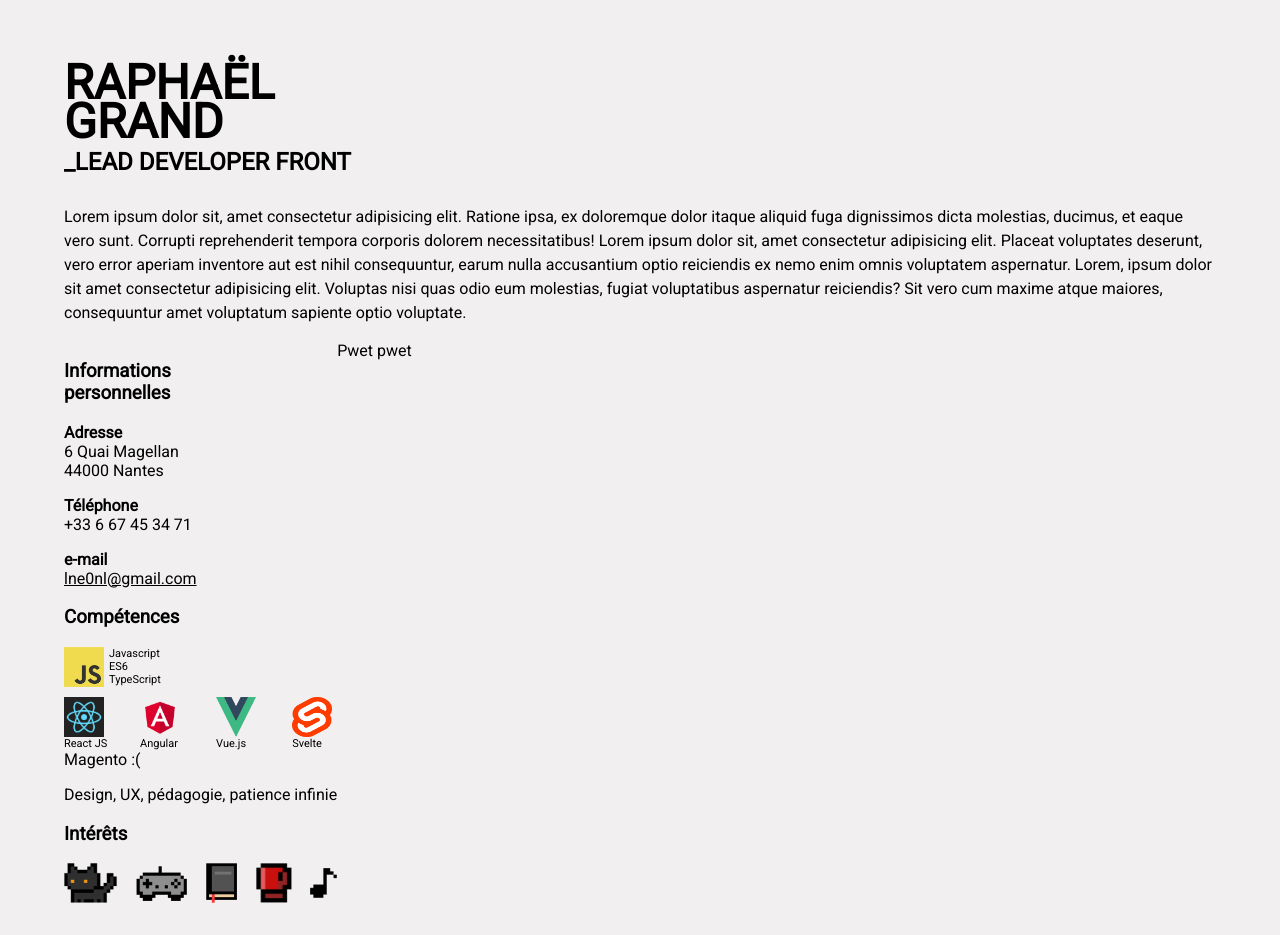
Repository: lne0nl/resume
Page: index.html
These files come from the project's save history. The page is drawn as it stood at one moment and after a run of saves; the edit follows.
The browser window is 1280 px wide. The pictures show the whole page.

Above is the page before, as saved 2021-12-10 11:31:00.

After the next 2 saves:
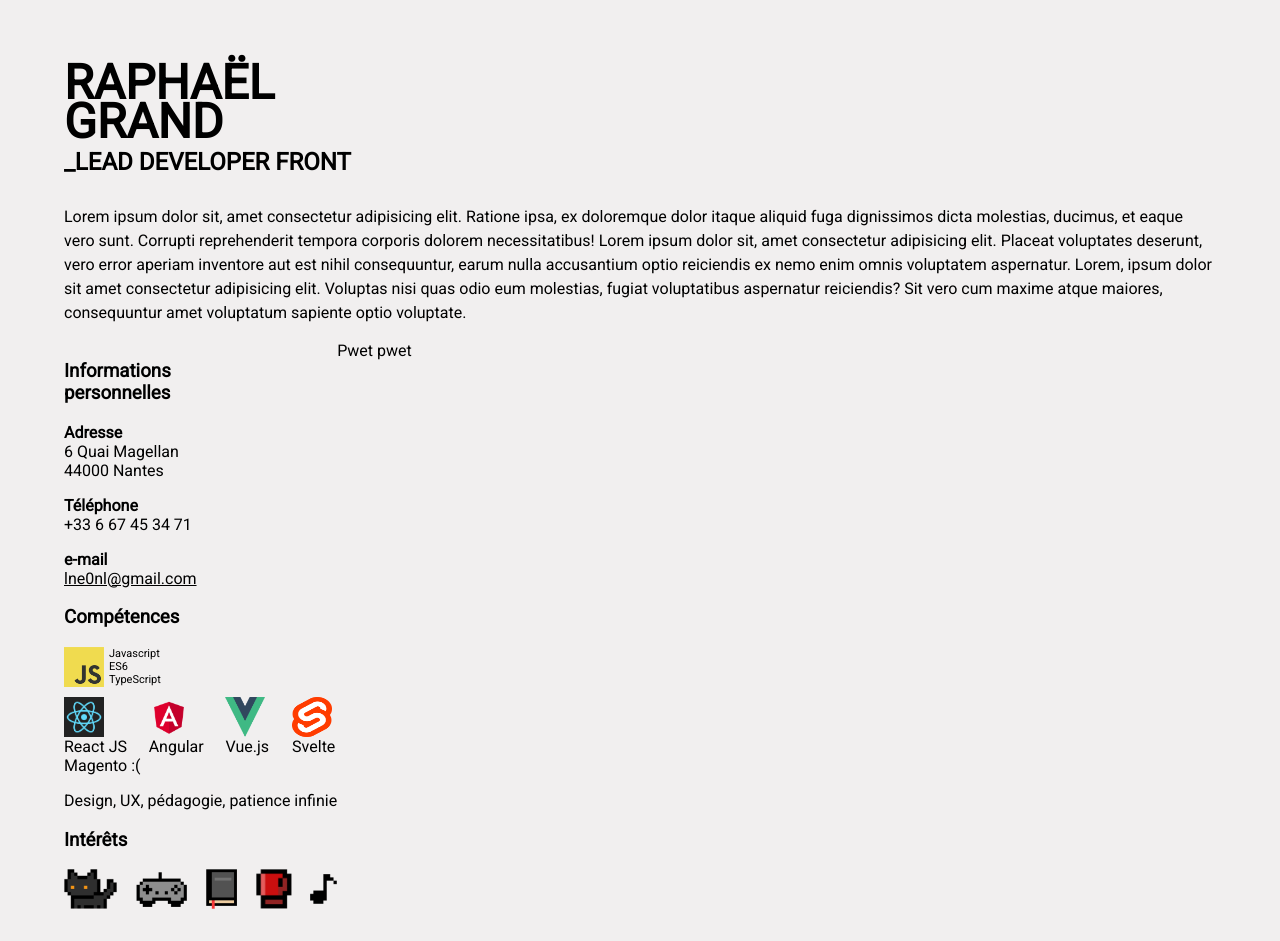
The 2 saves are shown as one change because they came seconds apart.
The last was saved 15 s later.
--- a/style.css
+++ b/style.css
@@ -106,5 +106,6 @@ li {
 .frameworks {
   display: flex;
   justify-content: space-between;
+  margin: 5
   font-size: 11px;
 }
